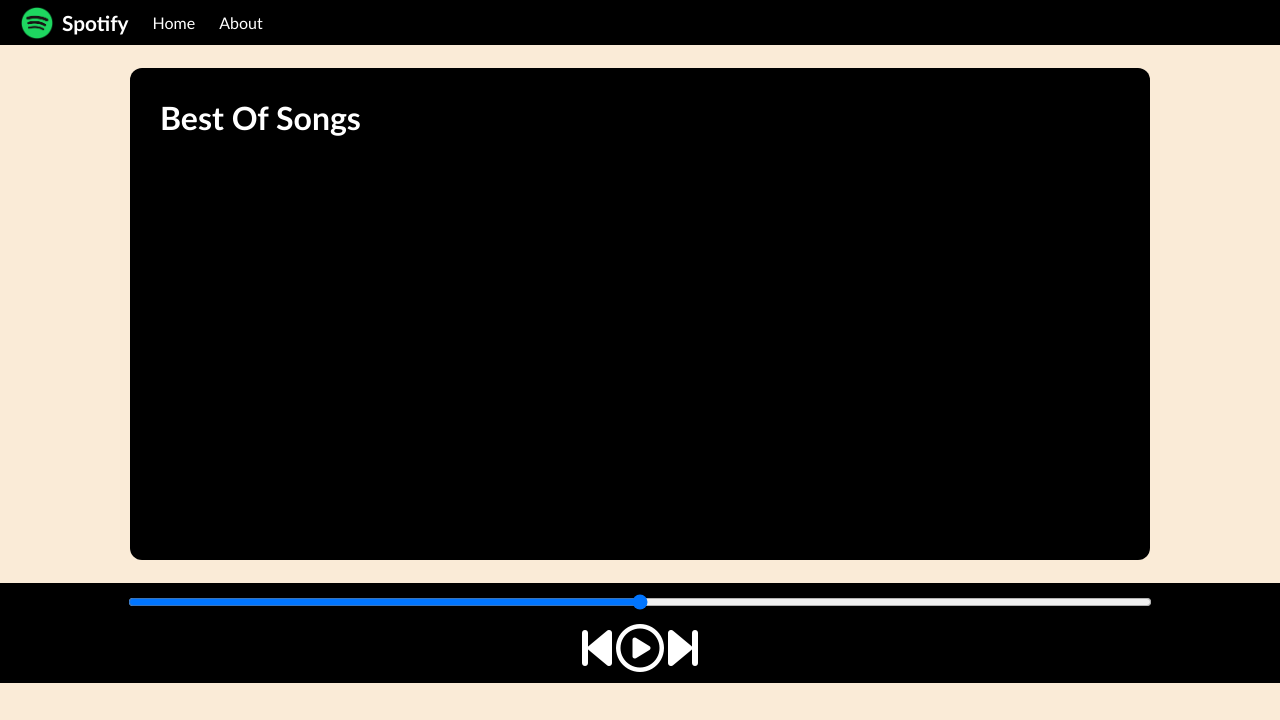
Repository: Chiranshukapil/Spotify-Project
Page: index.html
An editor plug-in stored every save of this project. The page is shown before and after a run of saves, followed by the edit.
The browser window is 1280 px wide. The pictures show the whole page.
Some web libraries are served in a nearby version.

Above is the page before, as saved 2024-06-17 20:54:44.

### index.html
<!DOCTYPE html>
<html lang="en">
<head>
    <meta charset="UTF-8">
    <meta name="viewport" content="width=device-width, initial-scale=1.0">
    <title>Spotify</title>
    <link rel="stylesheet" href="style.css">
</head>
<body>
    <nav>
        <ul>
            <li class="brand" ><img src="Files/logo.png" alt="spotify">Spotify</li>
            <li>Home</li>
            <li>About</li>
        </ul>
    </nav>

    <div class="container">
       <div class="songlist">
        <h1>Best Of Songs</h1>
       </div>
       <div class="songbanner">

       </div>
    </div>
    <div class="bottom">
        <input type="range" name="range" id="myprogressbar" min="0" max="100">
        <div class="icons">
            <i class="fa-solid fa-3x fa-backward-step"></i>
            <i class="far fa-3x  fa-circle-play"></i>
            <i class="fa-solid fa-3x fa-forward-step"></i>
        </div>
    </div>

    <script src="https://kit.fontawesome.com/d4c1d0ed5a.js" crossorigin="anonymous"></script>
    <script src="script.js"></script>
</body>
</html>

### style.css
*{
    margin: 0;
    padding: 0;
}

html,body{
    /* height: 100%; */
    background-color:antiquewhite;
}

nav{
    /* height: 6.5%; */
    font-family: 'Gill Sans', 'Gill Sans MT', Calibri, 'Trebuchet MS', sans-serif;

}
nav ul{
    display: flex;
    align-items: center;
    list-style-type: none;
    background-color: black;
    height: 45px;
    color: white;
}

nav ul li{
    padding: 0 12px;
}

.brand img{
    height: 34px;
    padding: 8px;
}

.brand{
    display: flex;
    align-items: center;
    font-weight: bolder;
    font-size: 1.3rem;
}

.container{
    min-height: 60vh;
    background-color: black;
    color: white;
    font-family: 'Trebuchet MS', 'Lucida Sans Unicode', 'Lucida Grande', 'Lucida Sans', Arial, sans-serif;
    display: flex;
    width: 75%;
    margin: 23px auto;
    border-radius: 12px;
    padding: 30px;
}

.bottom{
    position: sticky;
    background-color: black;
    height: 100px;
    color: white;
    bottom: 0;
    display: flex;
    justify-content: center;
    align-items: center;
    flex-direction: column;

}

.icons{
    margin-top: 14px;
}

.icons i{
    cursor: pointer;
}

#myprogressbar{
    width: 80vw;
}

Loaded but not shown: script.js (no copy from this time; the picture is the same without it)

After the next 2 saves:
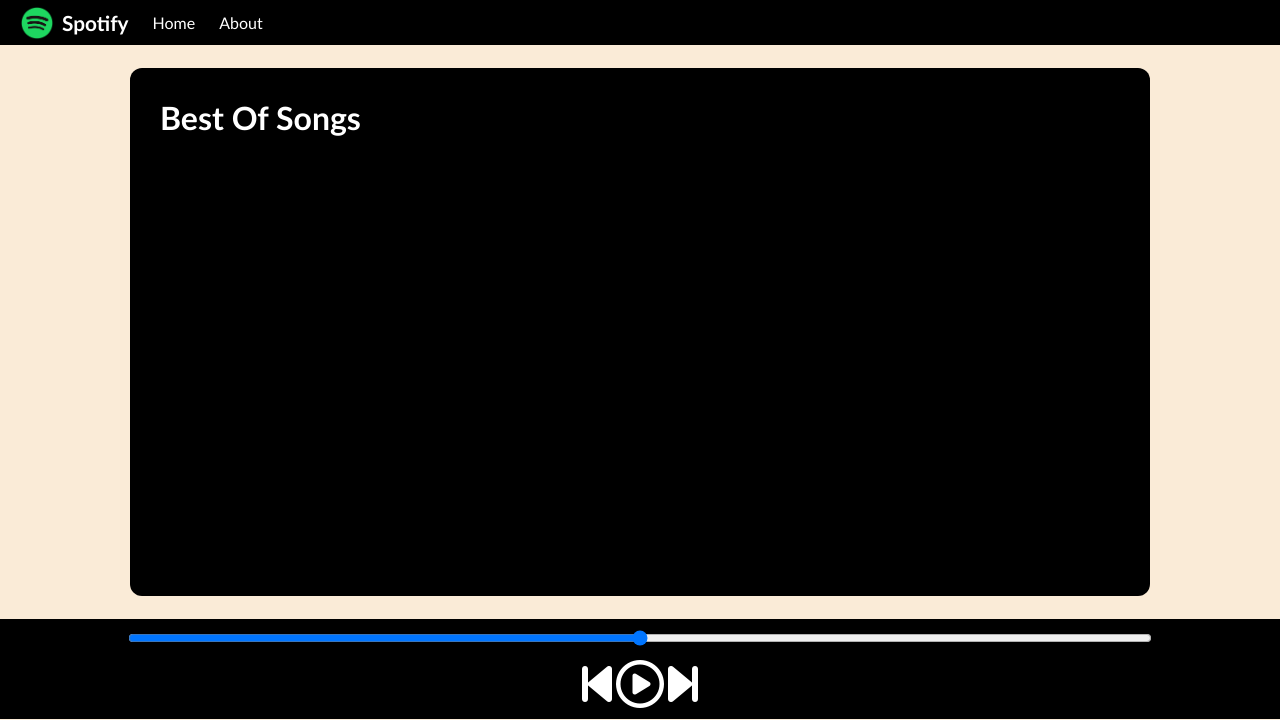
The 2 saves are shown as one change because they came seconds apart.
The last was saved 9 s later.
--- a/style.css
+++ b/style.css
@@ -39,7 +39,7 @@
 }
 
 .container{
-    min-height: 60vh;
+    min-height: 65vh;
     background-color: black;
     color: white;
     font-family: 'Trebuchet MS', 'Lucida Sans Unicode', 'Lucida Grande', 'Lucida Sans', Arial, sans-serif;
